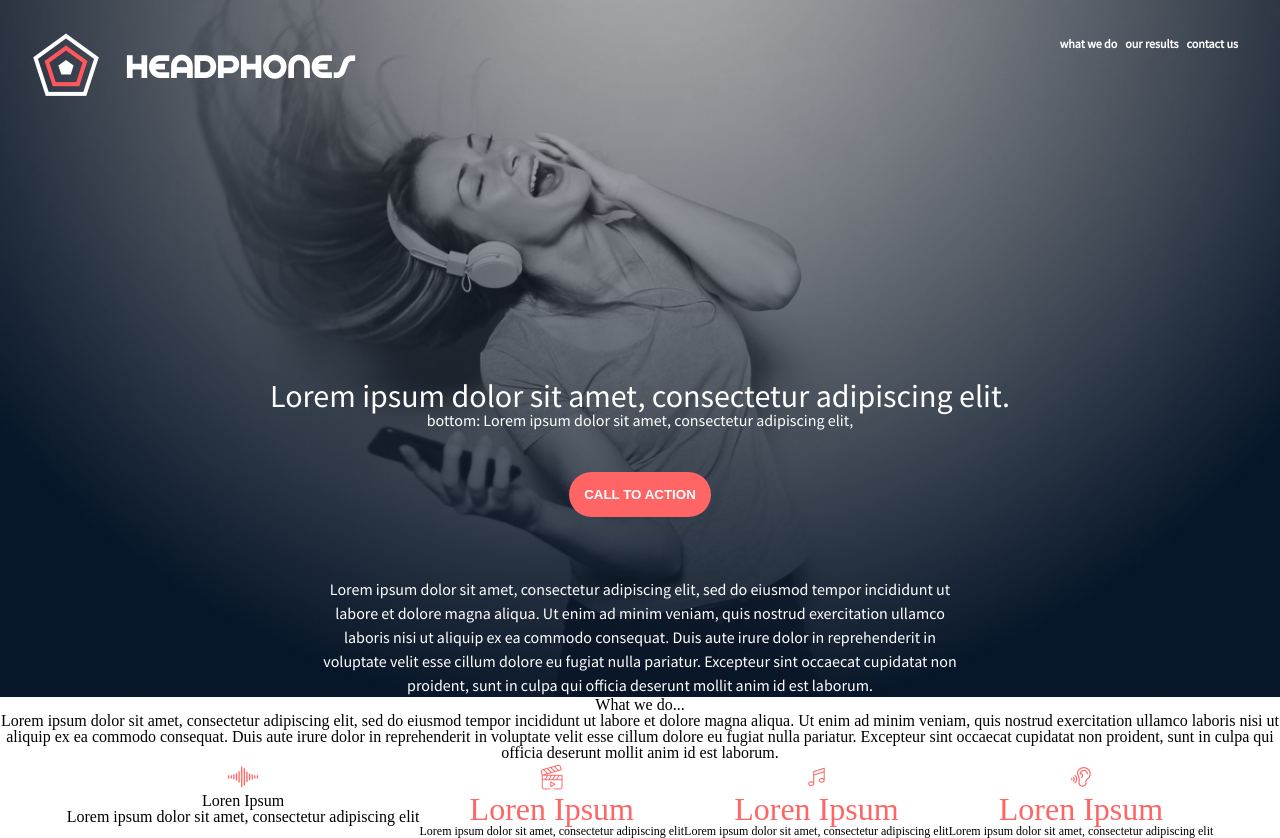
Repository: seleniadelgado/holbertonschool-web_front_end
Page: 0x09-implement_a_design_from_scratch/1-index.html
The author's editor kept a copy of each file at every save. The page is drawn from the files as they stood at one save, then again after the next save.
The browser window is 1280 px wide. The pictures show the whole page.

Above is the page before, as saved 2020-03-19 16:05:03.

After the next save:
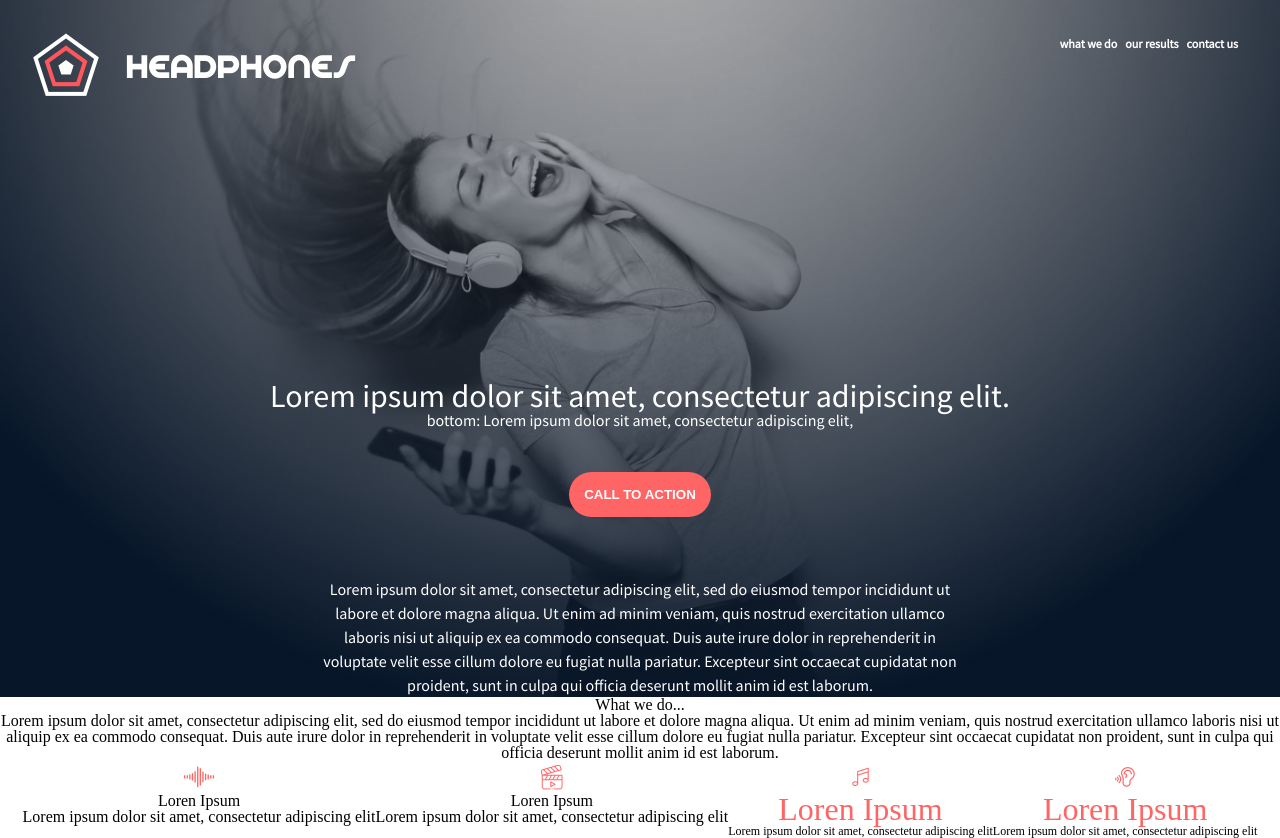
Saved 5 s later.
--- a/0x09-implement_a_design_from_scratch/1-index.html
+++ b/0x09-implement_a_design_from_scratch/1-index.html
@@ -56,7 +56,7 @@
                 <h6>Loren Ipsum</h6>
                 <p>Lorem ipsum dolor sit amet, consectetur adipiscing elit</p>
             </div>
-            <div class="item">
+            <div>
                 <div class="icon, item holberton_school-icon-ic_video"></div>
                 <h6>Loren Ipsum</h6>
                 <p>Lorem ipsum dolor sit amet, consectetur adipiscing elit</p>
